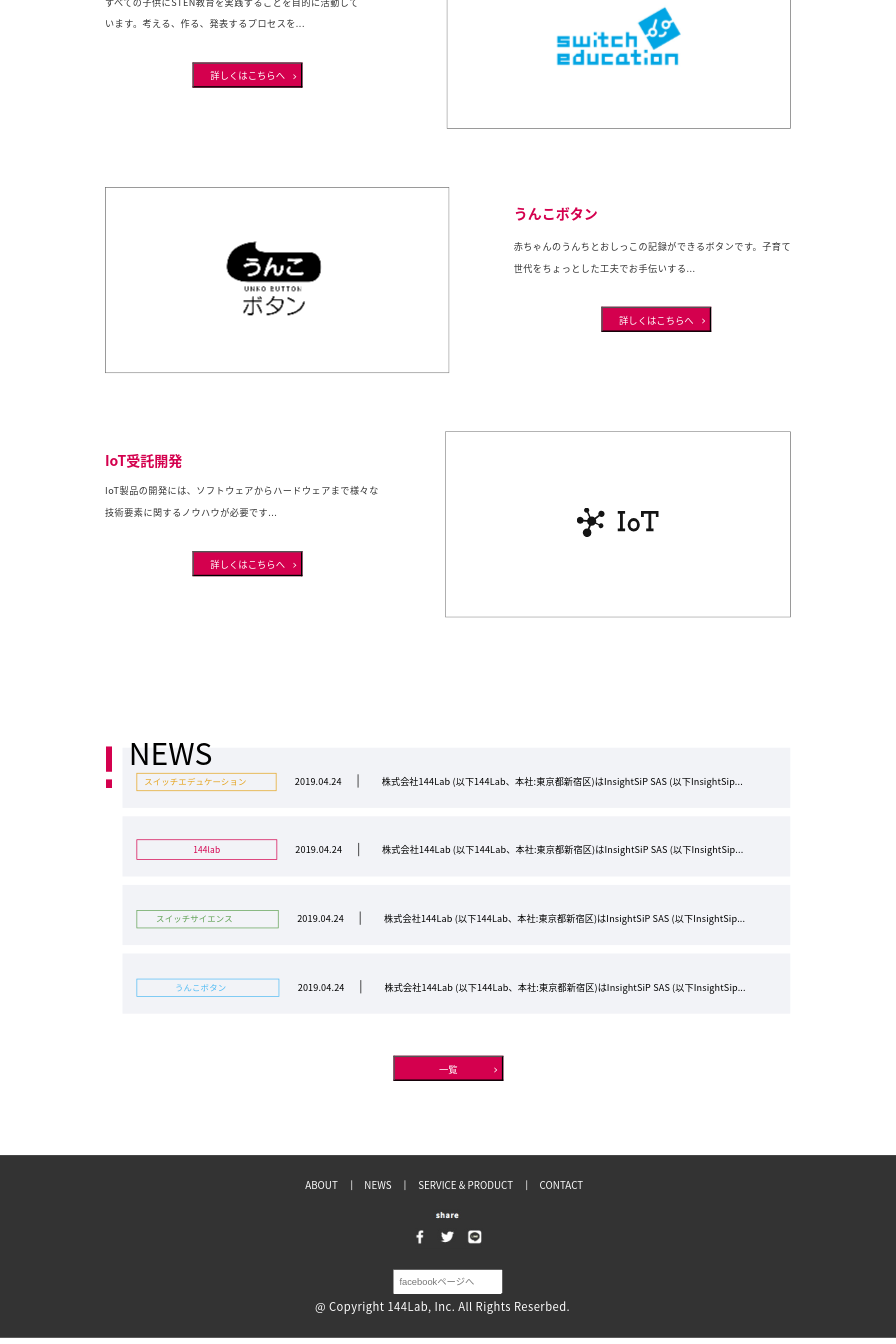
Repository: ppmp556/light-up-git
Page: index.html
These files come from the project's save history. The page is drawn as it stood at one moment and after the next save; the edit follows.
The browser window is 1280 px wide. The pictures show the part of the page from y = 2043 to 3963 px (the page is 3963 px tall before and 3954 px after), at 70% of full size.

Above is the page before, as saved 2019-12-27 21:18:25.

After the next save:
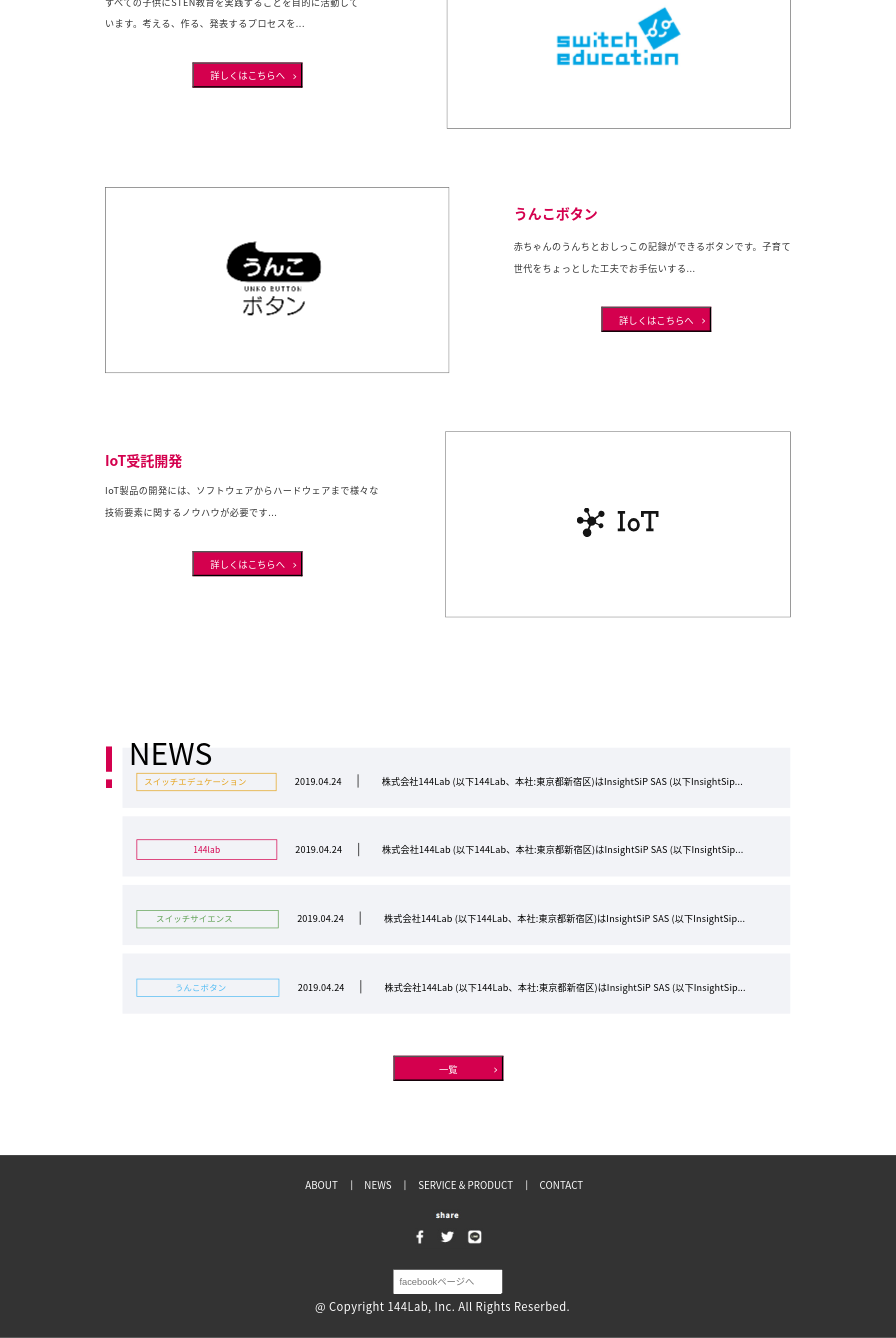
Saved 24 s later.
--- a/main.css/main.css
+++ b/main.css/main.css
@@ -689,7 +689,7 @@
     top: 170.9px;
     left: 450px;
 
-    padding-bottom: 28.9px;
+
 
 }
 
